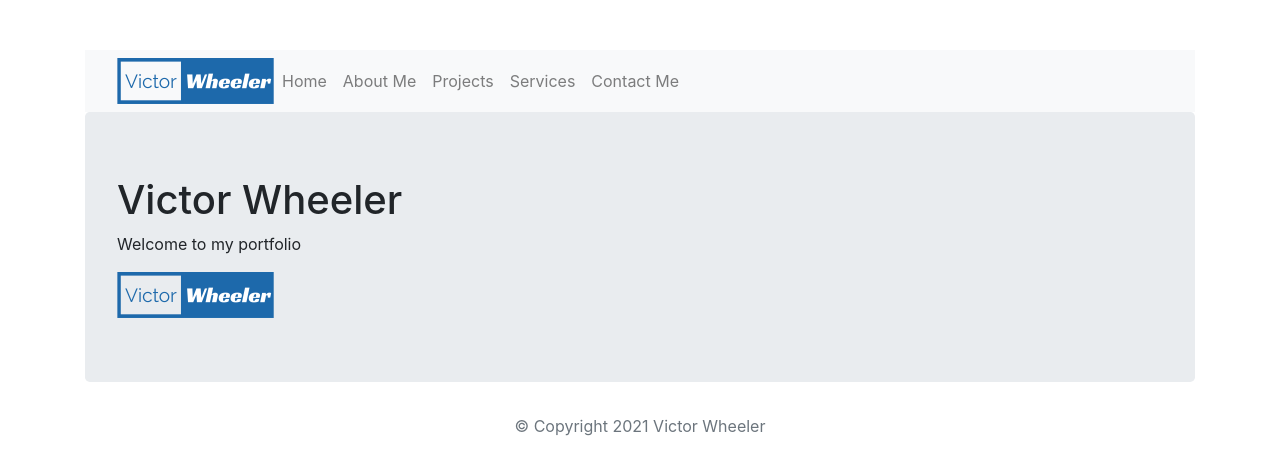
Repository: VictorWheeler/COMP_229_301167760
Page: http://localhost/
These files come from the project's save history. The page is drawn as it stood at one moment and after the next save; the edit follows.
The browser window is 1280 px wide. The pictures show the whole page.
The page is served by the project's Node server (server.js).

Above is the page before, as saved 2021-09-30 09:39:28.

After the next save:
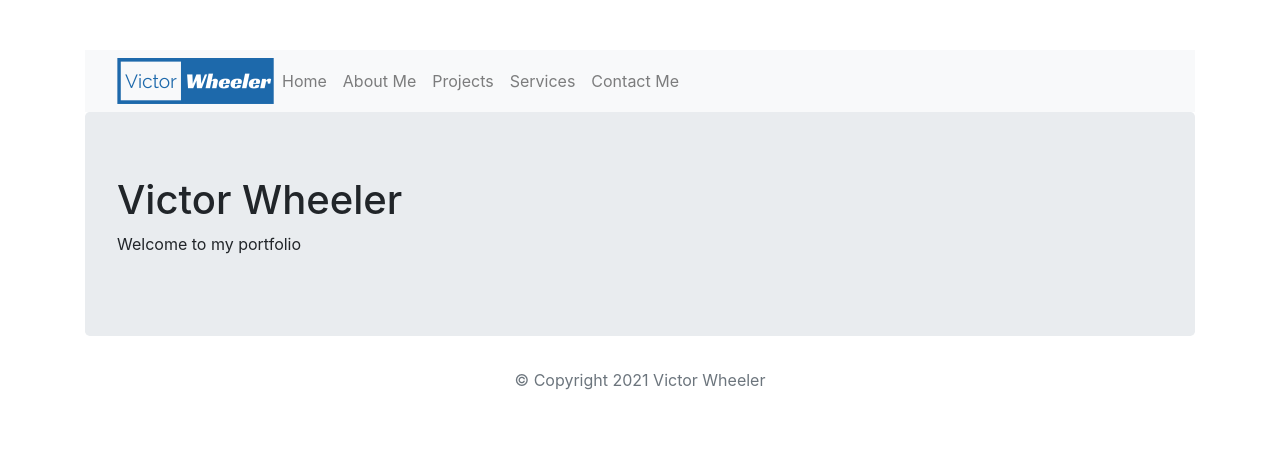
Saved 22 s later.
--- a/Express-Portfolio-Site/views/pages/index.ejs
+++ b/Express-Portfolio-Site/views/pages/index.ejs
@@ -13,7 +13,7 @@
   <div class="jumbotron">
     <h1>Victor Wheeler</h1>
     <p>Welcome to my portfolio</p>
-    <img class="logo" src="/logo.png" width="157" height="46" alt="why">
+
   </div>
 </main>
 
